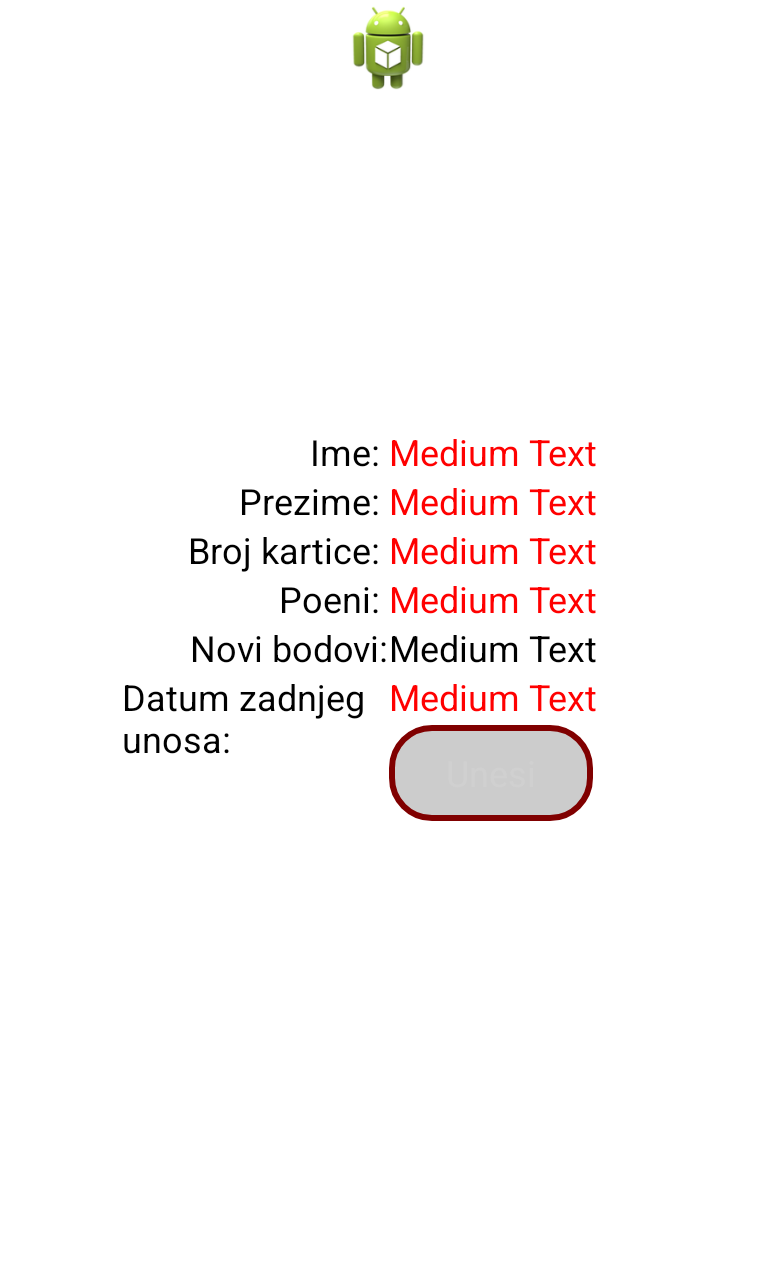
Repository: dzenisahusic/AndroidApp
Layout: Edit2014Sales/res/layout/activity_nfccard.xml
An editor plug-in stored every save of this project. The layout is shown before and after the next save, followed by the edit.
It is drawn on a 768 x 1280 px phone screen (xhdpi) without system bars, with theme AppTheme; the app's code is not run.

Above is the layout before, as saved 2014-07-15 17:37:48.

After the next save:
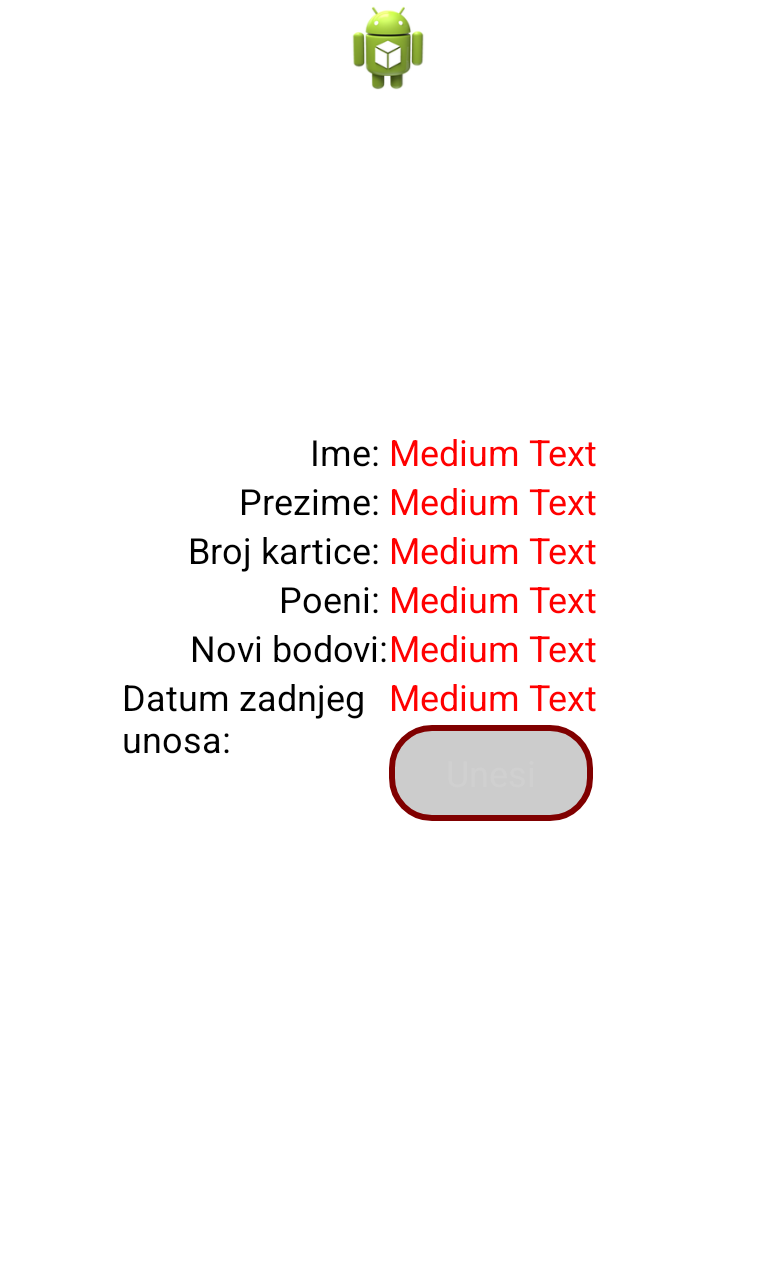
Saved 3 min 41 s later.
--- a/Edit2014Sales/res/layout/activity_nfccard.xml
+++ b/Edit2014Sales/res/layout/activity_nfccard.xml
@@ -144,6 +144,7 @@
                         android:layout_width="wrap_content"
                         android:layout_height="wrap_content"
                         android:text="Medium Text"
+                         android:textColor="#FF0000"
                         android:textAppearance="?android:attr/textAppearanceMedium" />
 
                     <TextView
